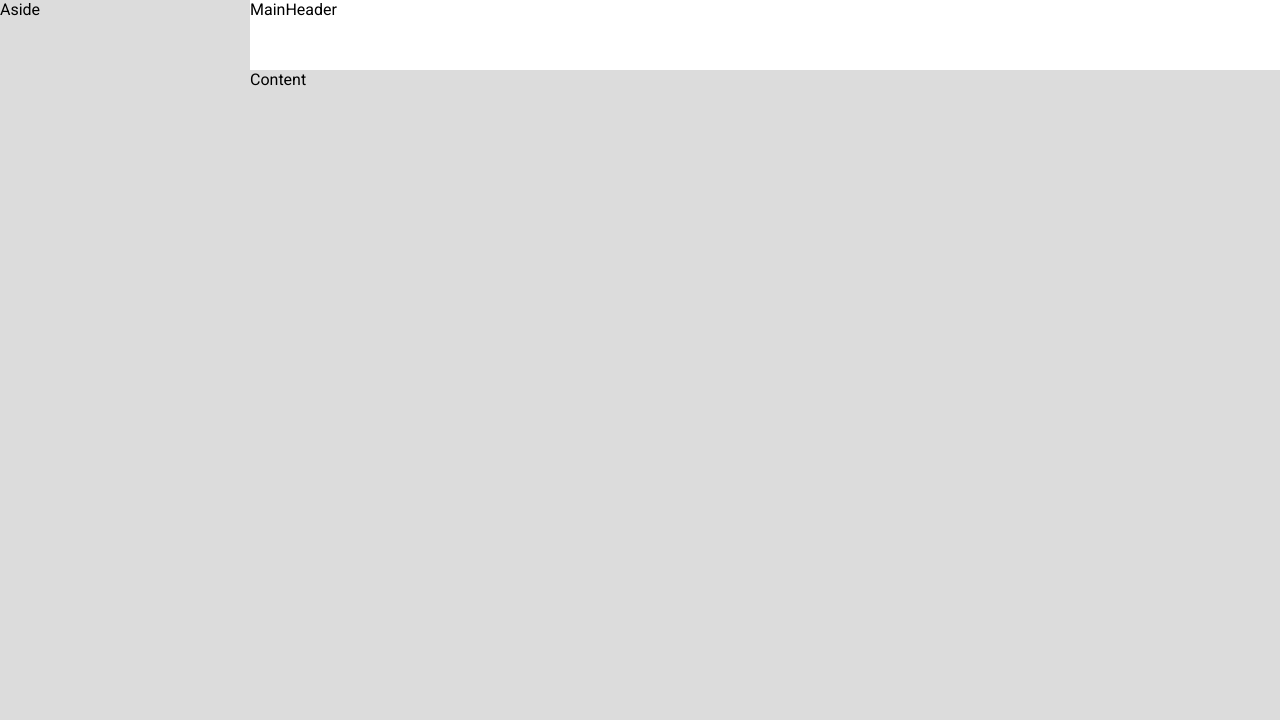
Repository: XFERRER7/dashboard
Page: /
These files come from the project's save history. The page is drawn as it stood at one moment and after the next save; the edit follows.
The browser window is 1280 px wide. The pictures show the whole page.
The project was rebuilt for these pictures with package versions that can differ from the ones it lists, and the page was loaded fresh each time. Also part of the build but not shown: vite.config.ts.

Above is the page before, as saved 2022-07-06 15:31:04.

### index.html
<!DOCTYPE html>
<html lang="pt-br">

<head>
  <meta charset="UTF-8" />
  <meta name="viewport" content="width=device-width, initial-scale=1.0" />
  <link rel="shortcut icon" href="src/assets/Logo.svg" type="image/x-icon">
  <link rel="preconnect" href="https://fonts.googleapis.com">
  <link rel="preconnect" href="https://fonts.gstatic.com" crossorigin>
  <link href="https://fonts.googleapis.com/css2?family=Roboto:wght@400;500;700&display=swap" rel="stylesheet">
  <title>Dashboard</title>
</head>

<body>
  <div id="root"></div>
  <script type="module" src="/src/main.tsx"></script>
</body>

</html>

### src/main.tsx
import React from 'react'
import ReactDOM from 'react-dom/client'
import {App} from './App'

ReactDOM.createRoot(document.getElementById('root')!).render(
  <React.StrictMode>
    <App />
  </React.StrictMode>
)

### src/App.tsx
import Global from "./styles/Global"
import { Layout } from './components/Layout'
import { ThemeProvider } from 'styled-components'
import dark from './styles/Themes/dark'
import light from './styles/Themes/light'

export const App = () => {
  return (
    <div>
      <ThemeProvider theme={light}>
        <Global />
        <Layout />
      </ThemeProvider>
    </div>
  )
}

### src/styles/Global.ts
import { createGlobalStyle } from 'styled-components'

export default createGlobalStyle`

  * {
    margin: 0;
    padding: 0;
    box-sizing: border-box;
  }

  html, body, #root {
    height: 100%;
  }

  *, button, input {
    border: 0;
    outline: 0;
    font-family: 'Roboto', sans-serif;
  }

  button {
    cursor: pointer;
  }

`;

### src/components/Layout/index.tsx
import {Container} from './Styles'
import { MainHeader} from '../MainHeader'
import { Content} from '../Content'
import { Aside} from '../Aside'

export const Layout = () => {
  return (
    <Container>
      <MainHeader/>
      <Aside/>
      <Content/>
    </Container>
  )
}

### src/styles/Themes/light.ts
export default {
  title: 'light',

  colors: {
    primary: '#DCDCDC',
    secondary: '##E5E5E5',
    tertiary: '##F5F5F5',

    white: '#000',
    black: '#fff',
    gray: '#dfdfdf',

    sucess: '#03BB85',
    info: '#3B5998',
    warnig: '#FF6961'


  }
}

### src/components/Layout/Styles.ts
import styled from "styled-components"

export const Container = styled.div`
  display: grid;
  grid-template-columns: 250px auto;
  grid-template-rows: 70px auto;

  grid-template-areas:
  'AS MH'
  'AS CT';
  height: 100vh;

`

### src/components/MainHeader/index.tsx
import {Container} from './Styles'


export const MainHeader = () => {
  return (
    <Container>
      <div>MainHeader</div>
    </Container>
  )
}

### src/components/Content/index.tsx
import {Container} from './Styles'


export const Content = () => {
  return (
    <Container>
      <div>Content</div>

    </Container>
  )
}

### src/components/Aside/index.tsx
import {Container} from './Styles'


export const Aside = () => {
  return (
    <Container>
      <div>Aside</div>

    </Container>
  )
}

### src/components/MainHeader/Styles.ts
import styled from "styled-components"

export const Container = styled.div`
  grid-area: MH;
  color: ${props => props.theme.colors.white};
  background-color: ${props => props.theme.colors.secondary};
`

### src/components/Content/Styles.ts
import styled from "styled-components"

export const Container = styled.div`
  grid-area: CT;
  color: ${props => props.theme.colors.white};
  background-color: ${props => props.theme.colors.primary};
`

### src/components/Aside/Styles.ts
import styled from "styled-components"

export const Container = styled.div`
  grid-area: AS;
  color: ${props => props.theme.colors.white};
  background-color: ${props => props.theme.colors.primary};
`

After the next save:
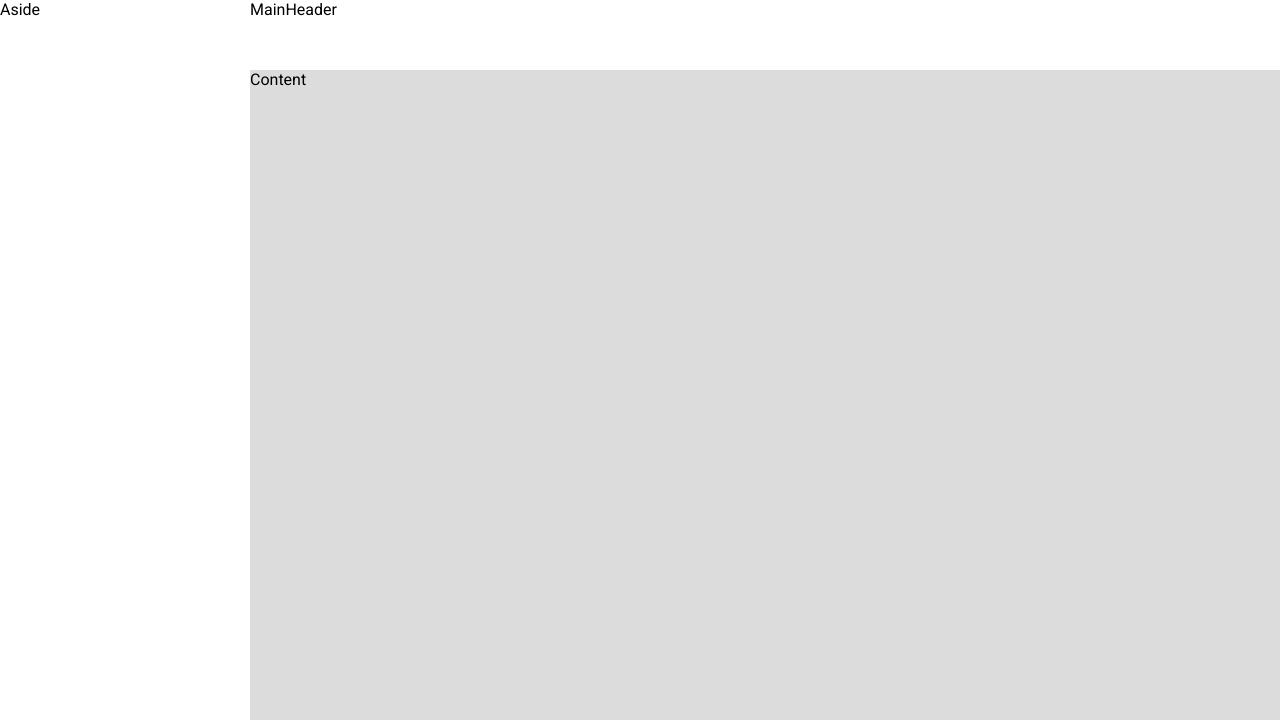
Saved 104 s later.
--- a/src/components/Aside/Styles.ts
+++ b/src/components/Aside/Styles.ts
@@ -3,5 +3,5 @@
 export const Container = styled.div`
   grid-area: AS;
   color: ${props => props.theme.colors.white};
-  background-color: ${props => props.theme.colors.primary};
+  background-color: ${props => props.theme.colors.tertiary};
 `

After the 3 saves that followed:
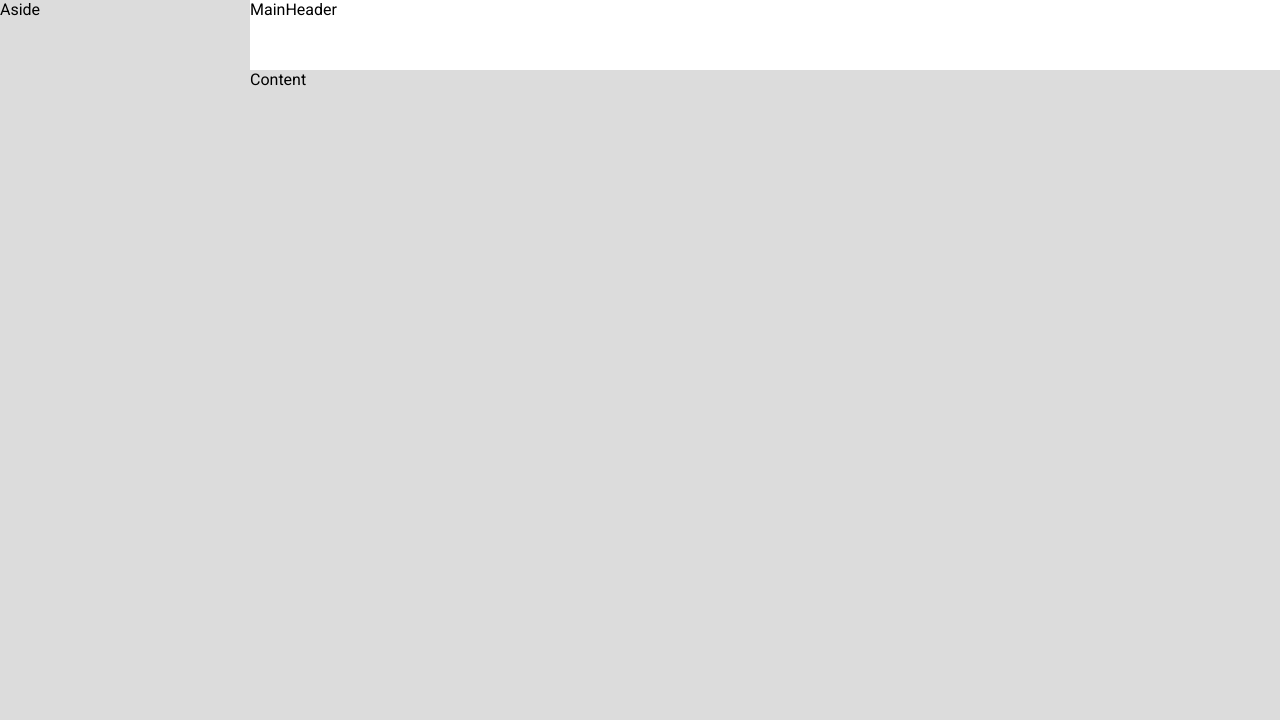
The 3 saves are shown as one change because 1 left the picture as it was and some came seconds apart.
The last was saved 53 s later.
--- a/src/components/Aside/Styles.ts
+++ b/src/components/Aside/Styles.ts
@@ -3,5 +3,5 @@
 export const Container = styled.div`
   grid-area: AS;
   color: ${props => props.theme.colors.white};
-  background-color: ${props => props.theme.colors.tertiary};
+  background-color: ${props => props.theme.colors.primary};
 `
